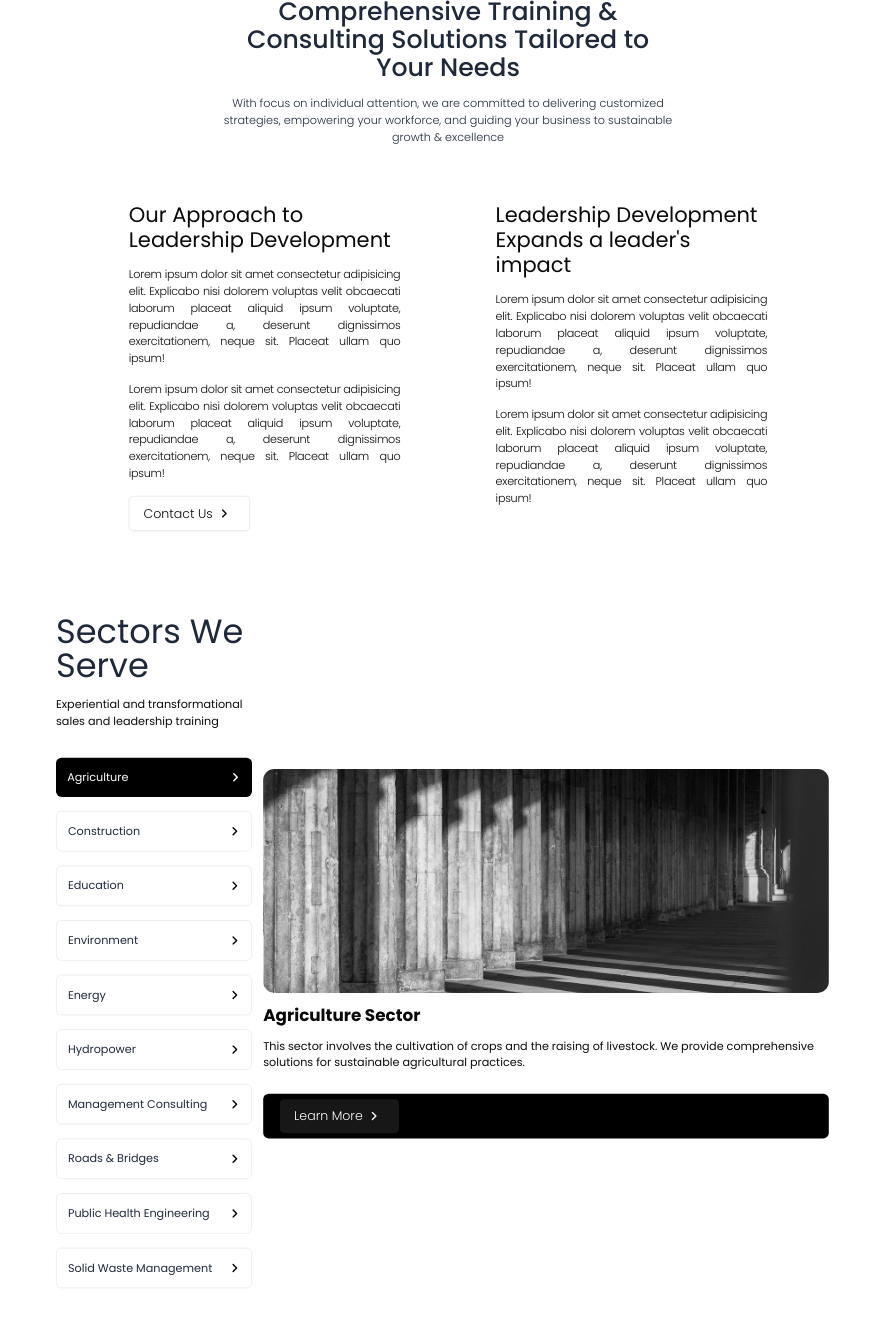
Repository: EMDC-24/ecglobalwebsite19
Page: /
An editor plug-in stored every save of this project. The page is shown before and after the next save, followed by the edit.
The browser window is 1280 px wide. The pictures show the part of the page from y = 969 to 2889 px (the page is 2889 px tall), at 70% of full size.
The project was rebuilt for these pictures with package versions that can differ from the ones it lists, and the page was loaded fresh each time. The framework's server and built-in components were replaced by stand-ins that run in the browser. Also part of the build but not shown: next.config.mjs.

Above is the page before, as saved 2024-09-17 19:48:33.

After the next save:
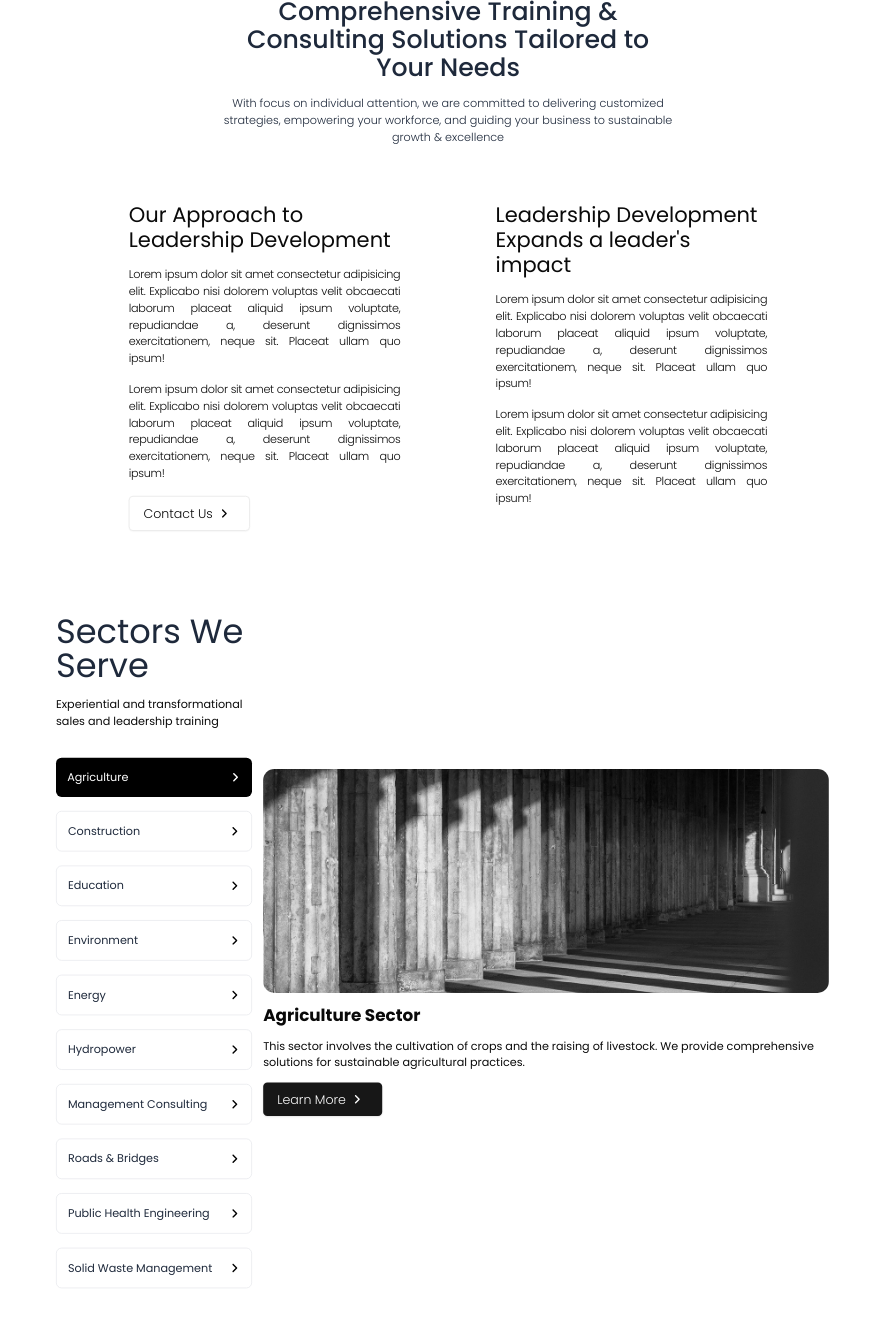
Saved 21 s later.
--- a/app/SerTabs.tsx
+++ b/app/SerTabs.tsx
@@ -152,7 +152,7 @@
               <p dangerouslySetInnerHTML={{ __html: activeTabContent.paragraph }} />
               <a
                 href={activeTabContent.buttonRoute}
-                className="inline-block mt-4 px-6 py-2 bg-black text-white rounded-lg"
+
               >
                 <Button className="px-5 py-6 text-lg font-light  hover:bg-blue-600">Learn More  <FaAngleRight className="mr-2 ml-2 h-4 w-4" /></Button>
 
